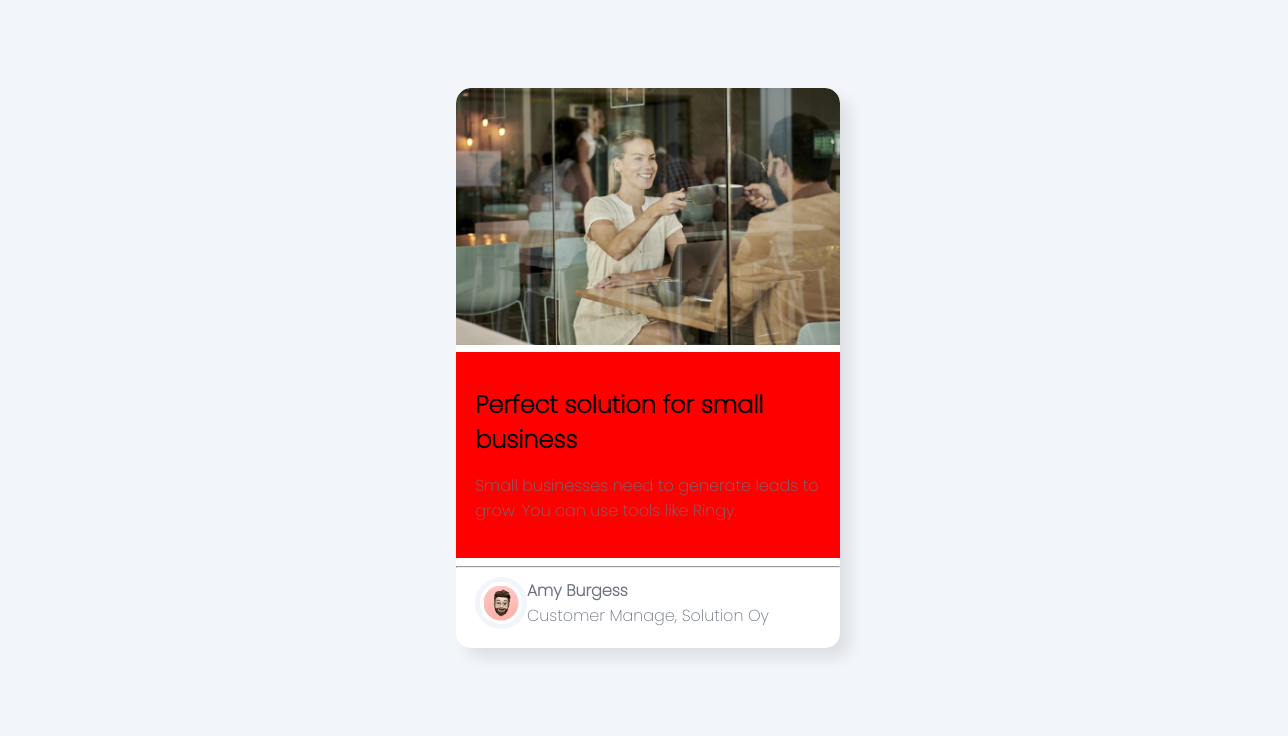
Repository: massndongo/business-blog-card
Page: index.html
An editor plug-in stored every save of this project. The page is shown before and after the next save, followed by the edit.
The browser window is 1280 px wide. The page is 1288 px wide, so the pictures cover 1288 px, including what lies to the right of the window. The pictures show the whole page.

Above is the page before, as saved 2023-11-08 05:22:20.

### index.html
<!DOCTYPE html>
<html lang="en">
<head>
    <meta charset="UTF-8">
    <meta name="viewport" content="width=device-width, initial-scale=1.0">
    <link rel="stylesheet" href="css/styles.css">
    <title>Responsive Web Developer Starter - devchallenges.io</title>
    <link rel="icon" href="images/favicon.ico" type="image/x-icon" sizes="any">
</head>
<body>
    <div class="card">
        <img src="images/hero-image-business-card.png" alt="" srcset="">
        <div class="card-body">
            <h1 class="title">Perfect solution for small business</h1>
            <p class="corps">Small businesses need to generate leads to grow. You can use tools like Ringy.</p>
        </div>
        <hr>
        <div class="card-footer">
            <img src="images/avatar-image-business-card.png" alt="" srcset="">
            <div>
                <span id="name">Amy Burgess</span><br>
                <span id="profil">Customer Manage, Solution Oy</span>
            </div>
        </div>
    </div>
</body>
</html>

### css/styles.css
@import url('https://fonts.googleapis.com/css2?family=Poppins:wght@200&display=swa');

* {
    box-sizing: border-box;
    font-family: 'Poppins', sans-serif;
    overflow: hidden;
}

/* Add some styles for body*/
body {
    width: 100%;
    height: 100vh;
    background-color: #F2F5F9;
    display: flex;
    justify-content: center;
    align-items: center;

}

.card{
    position: relative;
    flex-direction: column;
    background-color: #FFFFFF;
    box-shadow: 10px 10px 15px 0px rgba(0, 0, 0, 0.09);
    width: 30%;
    height: auto;
    border-radius: 15px;
}
.card img{
    width: 100%;
    /* border-radius: 10px; */
    border-radius: 15px 15px 0 0;
}
.card-body{
    background-color: red;

}
.title{
    font-size: 24px;

}
.corps{
    font-size: 16px;

}
.card-footer{
    display: flex;
    padding: 2%;
    align-items: center;
    position: relative;
    font-size: 16px;
}
.card-footer img{
    width: 15%;
    border-radius: 50%;
    padding: 1%;
    border: 5px solid #F2F5F9;
}
.card-footer #name{
    font-weight: bolder;
}
.card-body, .card-footer {
    padding: 5%;
}
.corps, .card-footer, hr{
    color: #6C727F
}
hr{
    width: 100%;
    height: 1px;
    position: absolute;
    left: 0;
    right: 0;
    background-color: #6c727f85;
}

@media screen and (max-width: 768px) {
    .card {
        width: 90%;
    }
}

After the next save:
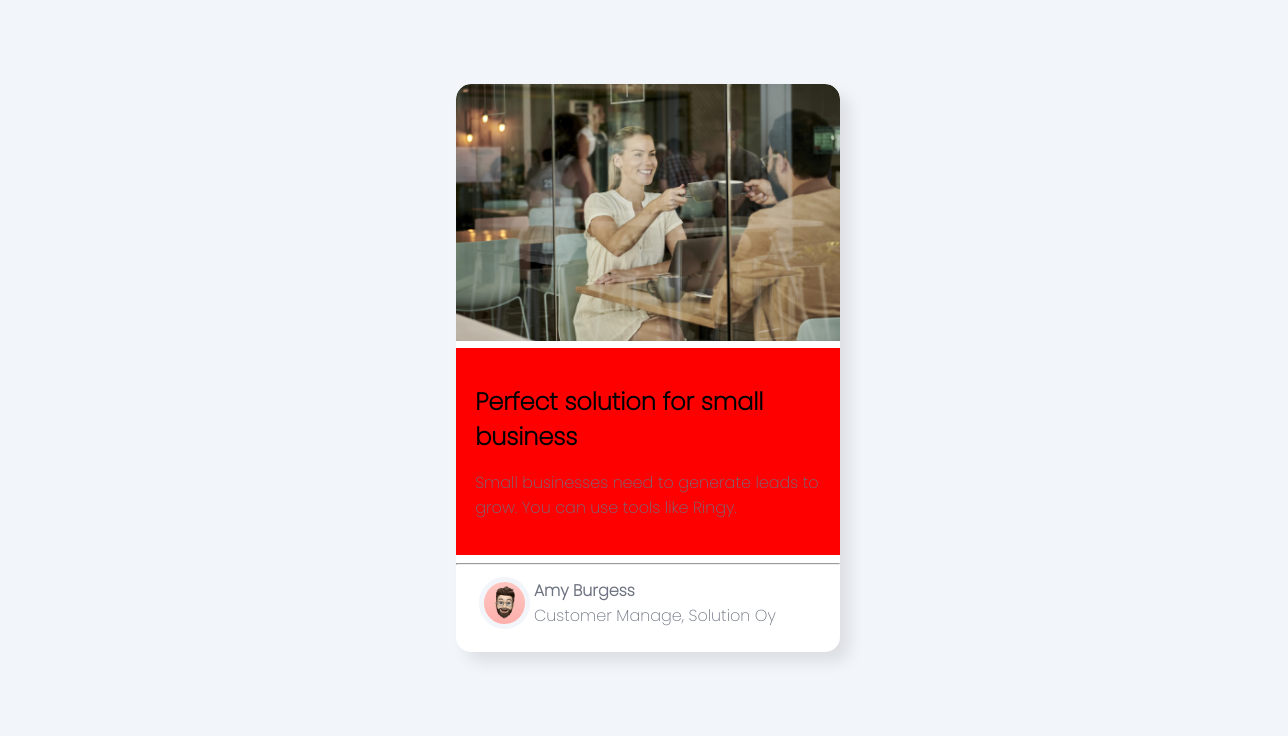
Saved 18 s later.
--- a/css/styles.css
+++ b/css/styles.css
@@ -53,7 +53,7 @@ body {
 .card-footer img{
     width: 15%;
     border-radius: 50%;
-    padding: 1%;
+    margin: 1%;
     border: 5px solid #F2F5F9;
 }
 .card-footer #name{
